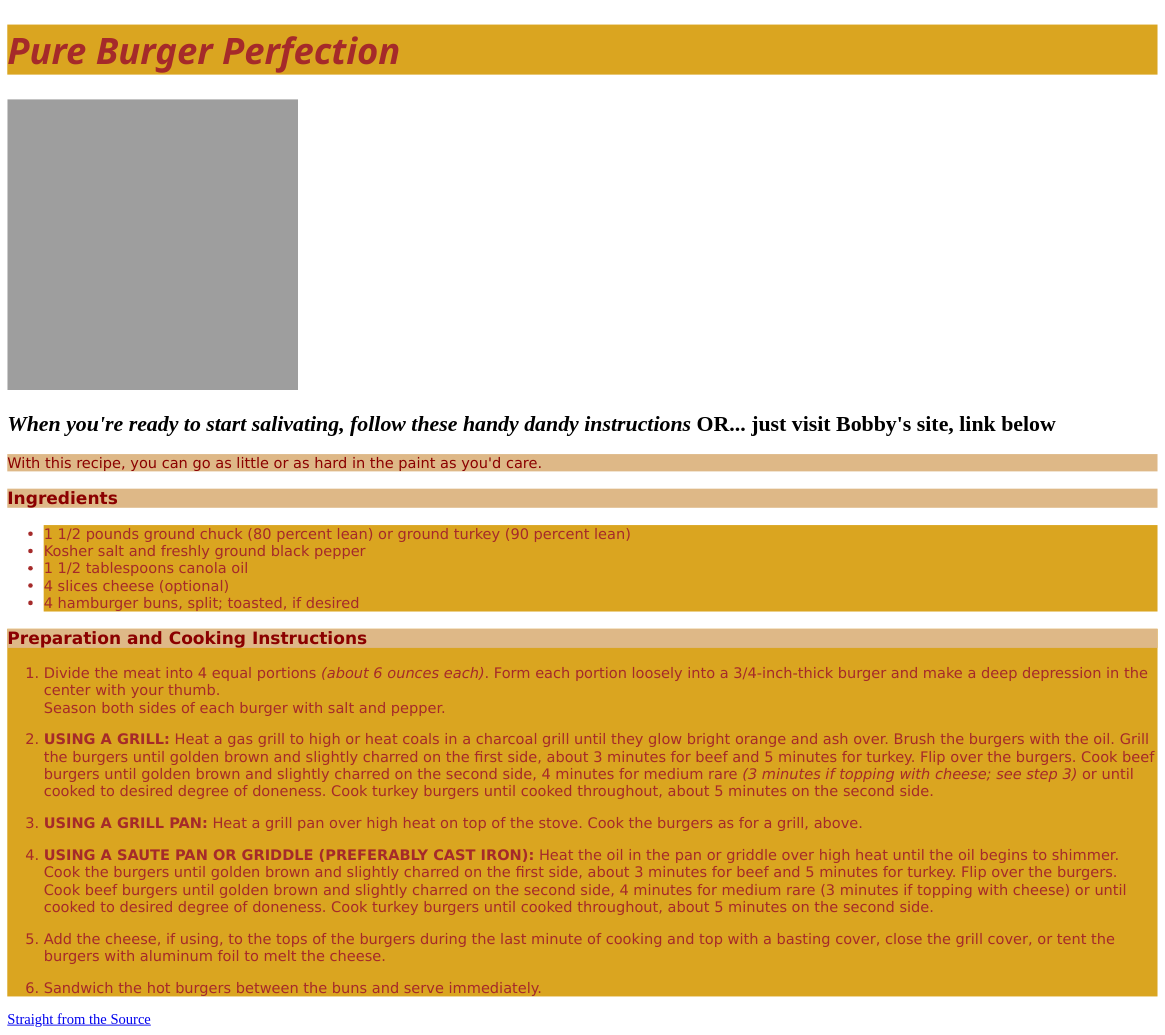
Repository: Spencertainty/practice-time
Page: member-spencer-odin-recipes/recipes/hamburgers.html
An editor plug-in stored every save of this project. The page is shown before and after the next save, followed by the edit.
The browser window is 1280 px wide. The pictures show the whole page, at 91% of full size.
Pictures or frames that could not be fetched are drawn as grey boxes.

Above is the page before, as saved 2024-01-10 15:51:10.

### member-spencer-odin-recipes/recipes/hamburgers.html
<!DOCTYPE html>
<!--[if lt IE 7]>      <html class="no-js lt-ie9 lt-ie8 lt-ie7"> <![endif]-->
<!--[if IE 7]>         <html class="no-js lt-ie9 lt-ie8"> <![endif]-->
<!--[if IE 8]>         <html class="no-js lt-ie9"> <![endif]-->
<!--[if gt IE 8]>      <html class="no-js"> <!--<![endif]-->
<html>
    <head>
        <meta charset="utf-8">
        <meta http-equiv="X-UA-Compatible" content="IE=edge">
        <title>hamburgers</title>
        <meta name="description" content="">
        <meta name="viewport" content="width=device-width, initial-scale=1">
        <link rel="stylesheet" href="burger.css">
    </head>

    <body>
        <!--[if lt IE 7]>
            <p class="browsehappy">You are using an <strong>outdated</strong> browser. Please <a href="#">upgrade your browser</a> to improve your experience.</p>
        <![endif]-->
        <h1><b>Pure Burger Perfection</b></h1>

<img src="../links-and-images/Cheeseburger.jpg" alt="the perfect burger" height="320" width="320">
<br>
<h2><em>When you're ready to start salivating, follow these handy dandy instructions</em> OR... just visit Bobby's site, link below</h2>
<p>With this recipe, you can go as little or as hard in the paint as you'd care.</p>
<h3>Ingredients</h3>
<ul>
    <div>
    <li>1 1/2 pounds ground chuck (80 percent lean) or ground turkey (90 percent lean) </li>
    <li>Kosher salt and freshly ground black pepper</li>
    <li>1 1/2 tablespoons canola oil</li>
    <li>4 slices cheese (optional)</li>
    <li>4 hamburger buns, split; toasted, if desired</li>
</div>
</ul>
<div>
<h3>Preparation and Cooking Instructions</h3>
<ol>
    <li>Divide the meat into 4 equal portions <em>(about 6 ounces each)</em>. Form each portion loosely into a 3/4-inch-thick burger and make a deep depression in the center with your thumb.
        <br>Season both sides of each burger with salt and pepper.</br></li>
    <p>

    </p><li><strong> USING A GRILL:</strong> Heat a gas grill to high or heat coals in a charcoal grill until they glow bright orange and ash over.
        Brush the burgers with the oil. Grill the burgers until golden brown and slightly charred on the first side, about 3 minutes for beef and 5 minutes for turkey.
        Flip over the burgers. Cook beef burgers until golden brown and slightly charred on the second side, 4 minutes for medium rare <em>(3 minutes if topping with cheese; see step 3)</em> or until cooked to desired degree of doneness.
        Cook turkey burgers until cooked throughout, about 5 minutes on the second side.</li>
    <p>    <li><b>USING A GRILL PAN:</b> Heat a grill pan over high heat on top of the stove. Cook the burgers as for a grill, above.</li></p>
    <li><strong> USING A SAUTE PAN OR GRIDDLE (PREFERABLY CAST IRON):</strong> Heat the oil in the pan or griddle over high heat until the oil begins to shimmer. Cook the burgers until golden brown and slightly charred on the first side, about 3 minutes for beef and 5 minutes for turkey.
        Flip over the burgers. Cook beef burgers until golden brown and slightly charred on the second side, 4 minutes for medium rare (3 minutes if topping with cheese) or until cooked to desired degree of doneness. Cook turkey burgers until cooked throughout, about 5 minutes on the second side.</li>
        <p><li>Add the cheese, if using, to the tops of the burgers during the last minute of cooking and top with a basting cover, close the grill cover, or tent the burgers with aluminum foil to melt the cheese.</p></li>
    <p><li>Sandwich the hot burgers between the buns and serve immediately.</li>        </p>
    </ol>
</div>
        <a href="https://www.foodnetwork.com/recipes/bobby-flay/perfect-burger-recipe-1957542" target="_blank" rel="noopener noreferrer">Straight from the Source</a>
        <script src="" async defer></script>

    </body>
</html>

### member-spencer-odin-recipes/recipes/burger.css
/* Apply Font Color to Title */

div {
    color: brown;
    background-color: goldenrod;
    text-align: left;
    font-family: Verdana, Geneva, Tahoma, sans-serif;
}

h1 {
    font-style: italic;
    font-family: 'Segoe UI', Tahoma, Geneva, Verdana, sans-serif;
    color: brown;
    font-size: 40px;
    background-color: goldenrod;
}

h3 {
    font-family: 'Lucida Sans', 'Lucida Sans Regular', 'Lucida Grande', 'Lucida Sans Unicode', Geneva, Verdana, sans-serif;
    color: darkred;
    background-color: burlywood;

}

p {font-family: 'Lucida Sans', 'Lucida Sans Regular', 'Lucida Grande', 'Lucida Sans Unicode', Geneva, Verdana, sans-serif;
    color: darkred;
    background-color: burlywood
}

After the next save:
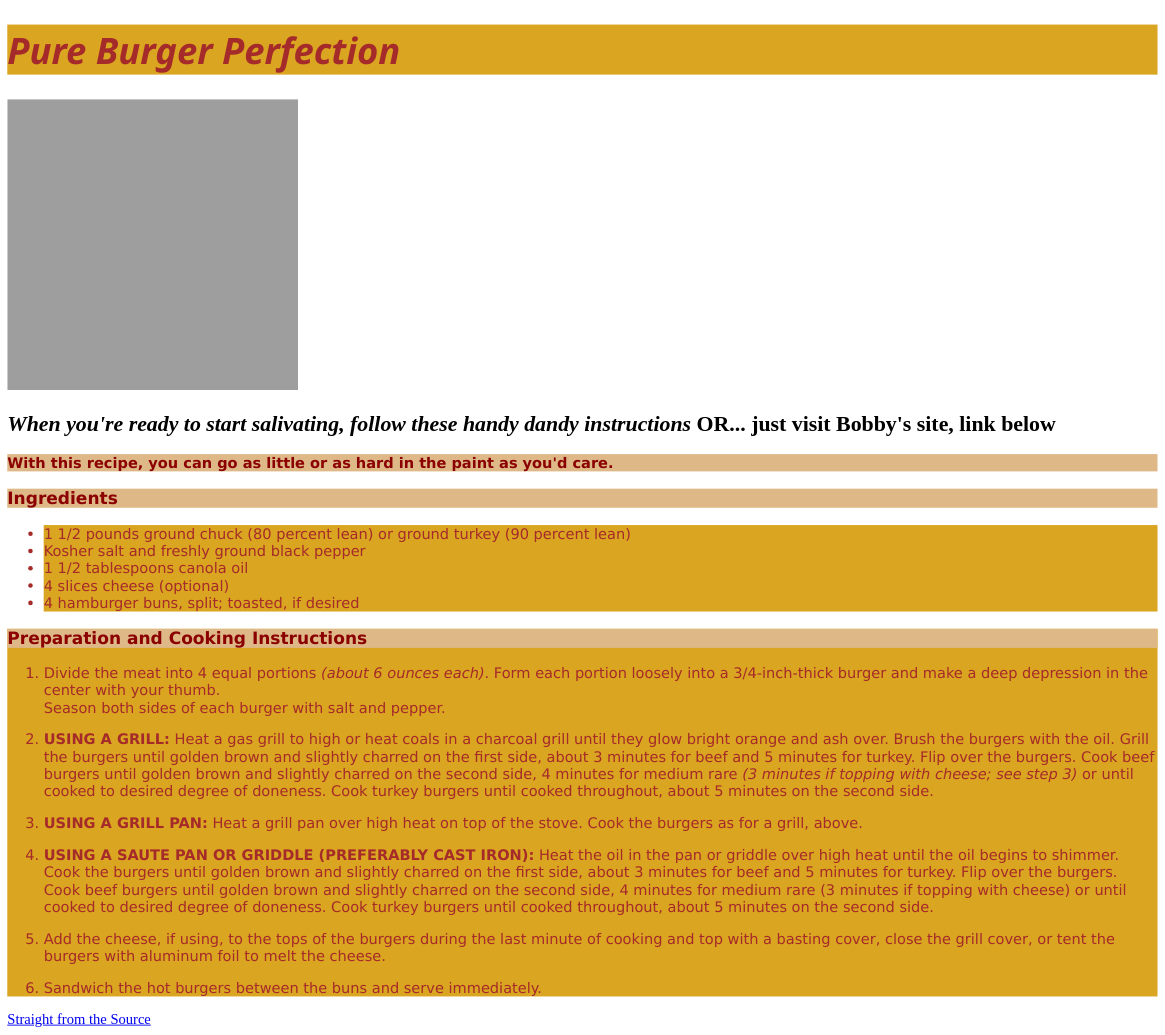
Saved 85 s later.
--- a/member-spencer-odin-recipes/recipes/burger.css
+++ b/member-spencer-odin-recipes/recipes/burger.css
@@ -15,6 +15,9 @@ h1 {
     background-color: goldenrod;
 }
 
+h2 {
+
+}
 h3 {
     font-family: 'Lucida Sans', 'Lucida Sans Regular', 'Lucida Grande', 'Lucida Sans Unicode', Geneva, Verdana, sans-serif;
     color: darkred;
@@ -24,5 +27,6 @@ h3 {
 
 p {font-family: 'Lucida Sans', 'Lucida Sans Regular', 'Lucida Grande', 'Lucida Sans Unicode', Geneva, Verdana, sans-serif;
     color: darkred;
-    background-color: burlywood
+    background-color: burlywood;
+    font-weight: bolder;
 }
